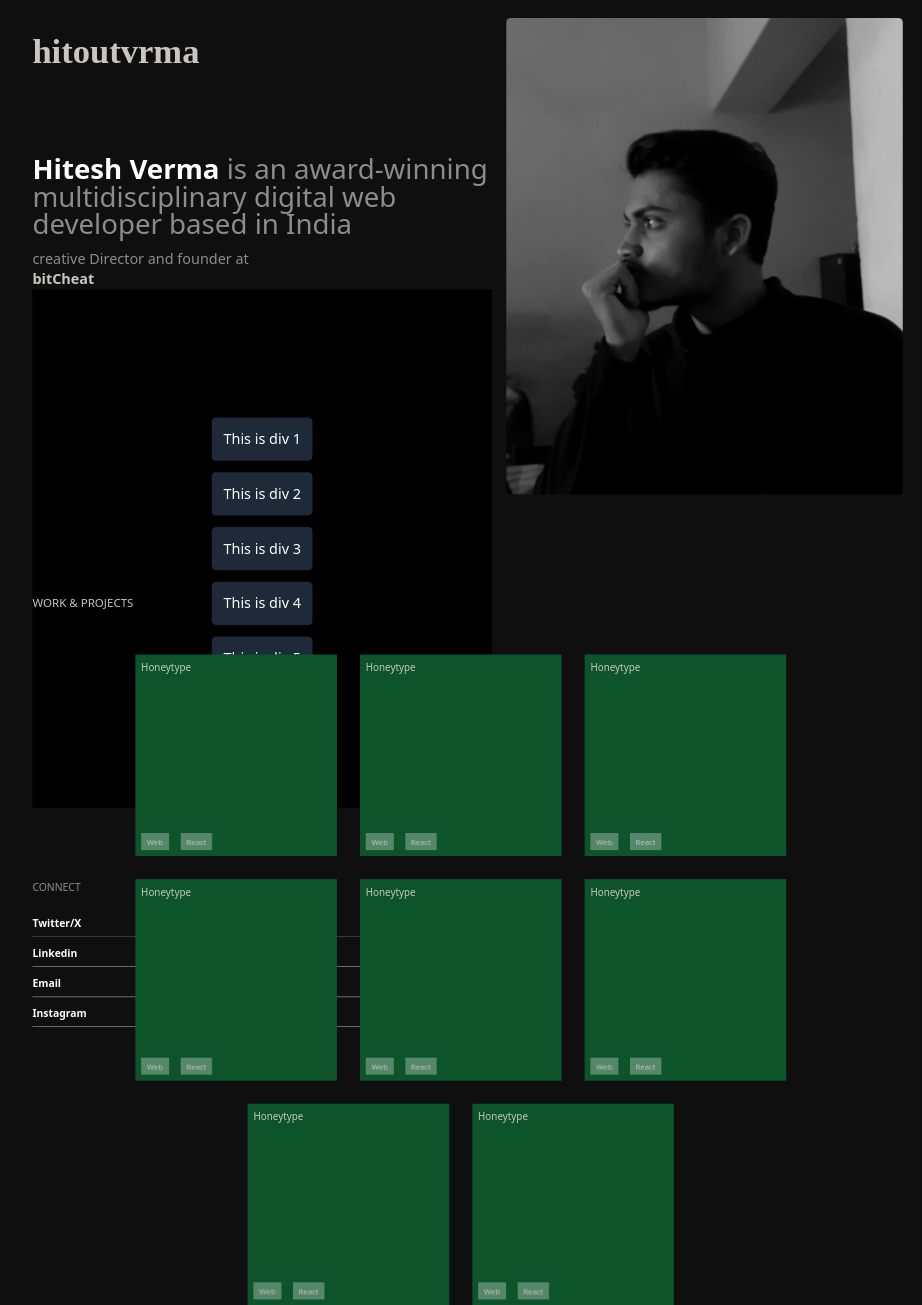
Repository: hitoutvrma/portfolio
Page: /
The author's editor kept a copy of each file at every save. The page is drawn from the files as they stood at one save, then again after the next save.
The browser window is 1280 px wide. The pictures show the whole page, at 72% of full size.
The project was rebuilt for these pictures with package versions that can differ from the ones it lists, and the page was loaded fresh each time. Also part of the build but not shown: vite.config.js.

Above is the page before, as saved 2025-03-07 11:05:47.

### src/index.css
@import "tailwindcss";
body{
    background-color: #0f0f0f;
    color: #c8c6c4;
    padding: 25px;
}

### src/App.jsx
import React from 'react'
import Front from './Components/Front'
import Work from './Components/Work'

function App() {
  return (
    <div className=''>
      <Front/>
      <Work/>
    </div>
  )
}

export default App

### src/Components/Front.jsx
import React from 'react'
import {animate, hover, motion} from 'framer-motion'
import AnimatedParagraph from './AnimatedParagraph'
function Front() {
  return (
    <div className='sm:h-screen md:h-screen'>
    <div className="sm:flex">
      <div className='hero sm:p-5 sm:text-[3vw] text-[8vw]  sm:w-[53vw]'>
      <logo className='text-4xl sm:text-5xl font-semibold font-[serif]'>hitoutvrma</logo>
        <p className='mt-28 leading-none text-[#8c8c8c]'><span className='text-white font-semibold'>Hitesh Verma</span> is an award-winning multidisciplinary digital web developer based in India</p>

        <div className='text-xl pt-4'>
          <p className='text-[#8c8c8c]'>creative Director and founder at </p>
          <p className='font-semibold'>bitCheat</p>
          <AnimatedParagraph/>
        </div>
        <div className='flex sm:text-[2vh] sm:pb-0 pb-12 text-[1.8vh]  sm:pt-25 pt-28 flex-col sm:gap-3 gap-1'>
          <p className='text-[#8c8c8c] pb-4 text-[1.6vh]  sm:text-[2vh]'>CONNECT</p>
          <motion.div
        className="relative w-[90%]  font-bold text-white text-md cursor-pointer"
        initial="initial"
        whileHover="hover"
      >
        <p className='pb-2'>Twitter/X</p>

        {/* Static Gray Line */}
        <div className="absolute left-0 bottom-0 w-full    h-[0.1vh] bg-[#4c4c4c]"></div>

        {/* Animated Green Line */}
        <motion.div
          className="absolute left-0 bottom-0 h-[2px] bg-green-400"
          variants={{
            initial: { width: "0%" },
            hover: { width: "100%" },
            exit: {width: "0%"}
          }}
          transition={{hover: { duration: 2, ease: "easeInOut" },
          exit: { duration: 0.01 } }}
        />
      </motion.div>

      <motion.div
        className="relative w-[90%]  font-bold text-white text-md cursor-pointer"
        initial="initial"
        whileHover="hover"
      >
        <p className='pb-2'>Linkedin</p>

        {/* Static Gray Line */}
        <div className="absolute left-0 bottom-0 w-full    h-[0.1vh] bg-[#8c8c8c]"></div>

        {/* Animated Green Line */}
        <motion.div
          className="absolute left-0 bottom-0 h-[2px] bg-green-400"
          variants={{
            initial: { width: "0%" },
            hover: { width: "100%" },
            exit: {width: "0%"}
          }}
          transition={{hover: { duration: 2, ease: "easeInOut" },
          exit: { duration: 0.01 } }}
        />
      </motion.div>

      <motion.div
        className="relative w-[90%]  font-bold text-white text-md cursor-pointer"
        initial="initial"
        whileHover="hover"
      >
        <p className='pb-2'>Email</p>

        {/* Static Gray Line */}
        <div className="absolute left-0 bottom-0 w-full    h-[0.1vh] bg-[#8c8c8c]"></div>

        {/* Animated Green Line */}
        <motion.div
          className="absolute left-0 bottom-0 h-[2px] bg-green-400"
          variants={{
            initial: { width: "0%" },
            hover: { width: "100%" },
            exit: {width: "0%"}
          }}
          transition={{hover: { duration: 2, ease: "easeInOut" },
          exit: { duration: 0.01 } }}
        />
      </motion.div>

      <motion.div
        className="relative w-[90%]  font-bold text-white text-md cursor-pointer"
        initial="initial"
        whileHover="hover"
      >
        <p className='pb-2'>Instagram</p>

        {/* Static Gray Line */}
        <div className="absolute left-0 bottom-0 w-full    h-[0.1vh] bg-[#8c8c8c]"></div>

        {/* Animated Green Line */}
        <motion.div
          className="absolute left-0 bottom-0 h-[2px] bg-green-400"
          variants={{
            initial: { width: "0%" },
            hover: { width: "100%" },
            exit: {width: "0%"}
          }}
          transition={{hover: { duration: 2, ease: "easeInOut" },
          exit: { duration: 0.01 } }}
        />
      </motion.div>
        </div>
        </div>
        <motion.div initial={{scale:0.6}} transition={{duration:1.5, delay:1}} animate={{scale:1}} style={{ backgroundImage: "url('/user.jpg')" }} className='bg-cover sm:bg-[center_top_60%] bg-[center_top_80%] w-[95%] h-[50vh] sm:w-[43vw] sm:h-[92vh]  bg-[#3a3a3a] rounded-md'>
        </motion.div>
      </div>
        </div>
  )
}

export default Front

### src/Components/Work.jsx
import React from 'react'
import Card from './Card'

function Work() {
  return (
    <div className='h-screen sm:p-5 '>
      <div className='pt-15  pb-15'><p>WORK & PROJECTS</p></div>
      <div className='flex flex-wrap items-center justify-center gap-8'>
        <Card/>
        <Card/>
        <Card/>
        <Card/>
        <Card/>
        <Card/>
        <Card/>
        <Card/>
      </div>
    </div>
  )
}

export default Work

### src/Components/AnimatedParagraph.jsx
import { motion } from "framer-motion";

export default function AnimatedParagraph() {
  return (
    <div className="flex justify-center items-center h-screen bg-black text-white">
      <motion.div
        className="space-y-4" // Adds spacing between divs
        initial="hidden"
        animate="visible"
        variants={{
          visible: {
            transition: { staggerChildren: 0.3 } // Delay between each div
          }
        }}
      >
        {[...Array(5)].map((_, index) => (
          <motion.div
            key={index}
            className="p-4 bg-gray-800 rounded-md"
            variants={{
              hidden: { opacity: 0, y: 20 }, // Start invisible, slightly lower
              visible: { opacity: 1, y: 0 }  // Fade in & move up
            }}
            transition={{ duration: 0.5, ease: "easeOut" }}
          >
            This is div {index + 1}
          </motion.div>
        ))}
      </motion.div>
    </div>
  );
}

### src/Components/Card.jsx
function Card() {
  return (
    <div className="bg-green-900 relative h-90 sm:h-70 sm:w-70 w-90 card">
            <h1 className='p-2 text-[1.9vh]'>Honeytype</h1>
            <footer className='bottom-0  absolute'>
                <button className='m-2 px-2 py-1 backdrop-blur-xl bg-white/30   text-[1.5vh] '>Web</button>
                <button className='m-2 px-2 py-1 backdrop-blur-xl bg-white/30  text-[1.5vh] '>React</button>
                </footer>
        </div>
  )
}

export default Card

Loaded but not shown: index.html (common file); src/main.jsx (common file)

After the next save:
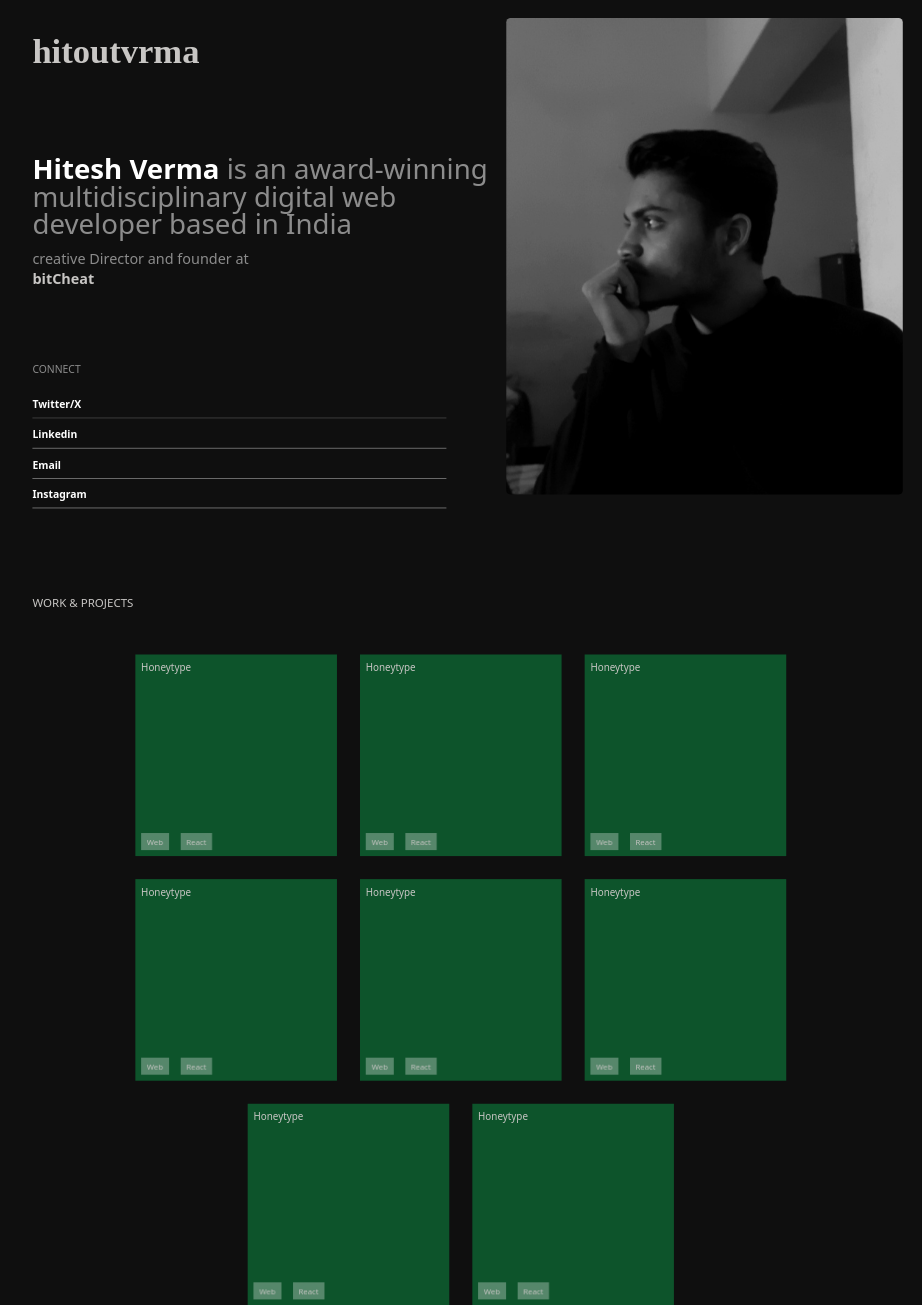
Saved 35 s later.
--- a/src/Components/Front.jsx
+++ b/src/Components/Front.jsx
@@ -12,7 +12,7 @@ function Front() {
         <div className='text-xl pt-4'>
           <p className='text-[#8c8c8c]'>creative Director and founder at </p>
           <p className='font-semibold'>bitCheat</p>
-          <AnimatedParagraph/>
+          {/* <AnimatedParagraph/> */}
         </div>
         <div className='flex sm:text-[2vh] sm:pb-0 pb-12 text-[1.8vh]  sm:pt-25 pt-28 flex-col sm:gap-3 gap-1'>
           <p className='text-[#8c8c8c] pb-4 text-[1.6vh]  sm:text-[2vh]'>CONNECT</p>
